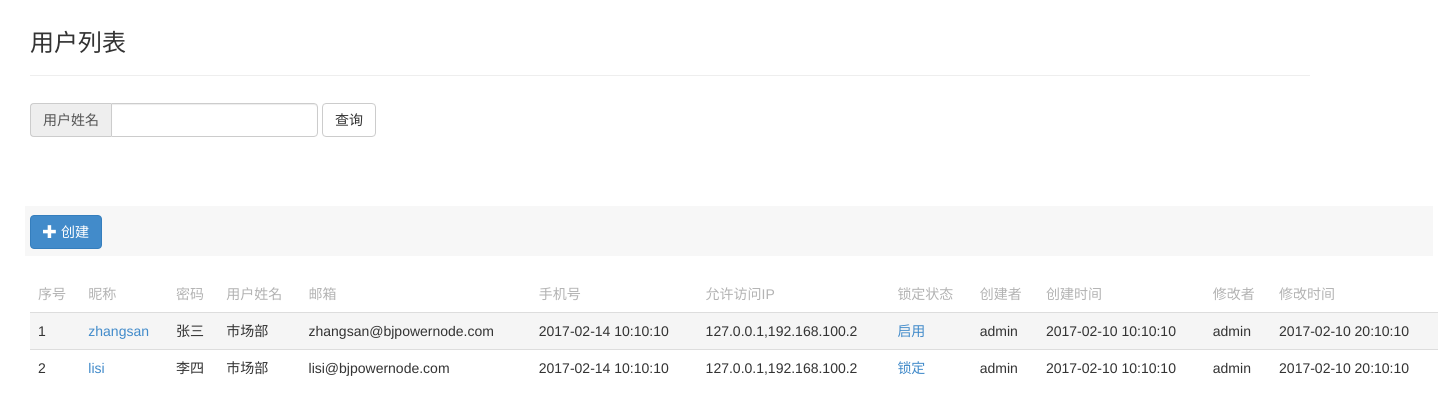
Repository: yangxshn/hsf
Page: hsf/user_consumer/src/main/webapp/index.html
An editor plug-in stored every save of this project. The page is shown before and after the next save, followed by the edit.
The browser window is 1280 px wide. The page is 1438 px wide, so the pictures cover 1438 px, including what lies to the right of the window. The pictures show the whole page.

Above is the page before, as saved 2017-09-29 06:49:15.

### hsf/user_consumer/src/main/webapp/index.html
<!DOCTYPE html>
<html>
<head>
<meta charset="UTF-8">
<link href="static/bootstrap_3.3.0/css/bootstrap.min.css" type="text/css" rel="stylesheet" />

<script type="text/javascript" src="static/jquery-1.11.1-min.js"></script>
<script type="text/javascript" src="static/bootstrap_3.3.0/js/bootstrap.min.js"></script>
</head>
<body>

	<!-- 创建用户的模态窗口 -->
	<div class="modal fade" id="createUserModal" role="dialog">
		<div class="modal-dialog" role="document" style="width: 90%;">
			<div class="modal-content">
				<div class="modal-header">
					<button type="button" class="close" data-dismiss="modal">
						<span aria-hidden="true">×</span>
					</button>
					<h4 class="modal-title" id="myModalLabel">新增用户</h4>
				</div>
				<div class="modal-body">

					<form class="form-horizontal" role="form">

						<div class="form-group">
							<label for="create-loginActNo" class="col-sm-2 control-label">登录帐号<span style="font-size: 15px; color: red;">*</span></label>
							<div class="col-sm-10" style="width: 300px;">
								<input type="text" class="form-control" id="create-loginActNo">
							</div>
							<label for="create-username" class="col-sm-2 control-label">用户姓名</label>
							<div class="col-sm-10" style="width: 300px;">
								<input type="text" class="form-control" id="create-username">
							</div>
						</div>
						<div class="form-group">
							<label for="create-loginPwd" class="col-sm-2 control-label">登录密码<span style="font-size: 15px; color: red;">*</span></label>
							<div class="col-sm-10" style="width: 300px;">
								<input type="password" class="form-control" id="create-loginPwd">
							</div>
							<label for="create-confirmPwd" class="col-sm-2 control-label">确认密码<span style="font-size: 15px; color: red;">*</span></label>
							<div class="col-sm-10" style="width: 300px;">
								<input type="password" class="form-control" id="create-confirmPwd">
							</div>
						</div>
						<div class="form-group">
							<label for="create-email" class="col-sm-2 control-label">邮箱</label>
							<div class="col-sm-10" style="width: 300px;">
								<input type="text" class="form-control" id="create-email">
							</div>
							<label for="create-expireTime" class="col-sm-2 control-label">失效时间</label>
							<div class="col-sm-10" style="width: 300px;">
								<input type="text" class="form-control" id="create-expireTime">
							</div>
						</div>
						<div class="form-group">
							<label for="create-lockStatus" class="col-sm-2 control-label">锁定状态</label>
							<div class="col-sm-10" style="width: 300px;">
								<select class="form-control" id="create-lockStatus">
								  <option></option>
								  <option>启用</option>
								  <option>锁定</option>
								</select>
							</div>
							<label for="create-org" class="col-sm-2 control-label">部门<span style="font-size: 15px; color: red;">*</span></label>
							<div class="col-sm-10" style="width: 300px;">
								<input type="text" class="form-control" id="create-org" placeholder="输入部门名称，自动补全">
							</div>
						</div>
						<div class="form-group">
							<label for="create-allowIps" class="col-sm-2 control-label">允许访问的IP</label>
							<div class="col-sm-10" style="width: 300px;">
								<input type="text" class="form-control" id="create-allowIps" style="width: 280%" placeholder="多个用逗号隔开">
							</div>
						</div>
					</form>
				</div>
				<div class="modal-footer">
				<button type="button" class="btn btn-primary" data-dismiss="modal">保存</button>
					<button type="button" class="btn btn-default" data-dismiss="modal">关闭</button>
				</div>
			</div>
		</div>
	</div>


	<div>
		<div style="position: relative; left: 30px; top: -10px;">
			<div class="page-header">
				<h3>用户列表</h3>
			</div>
		</div>
	</div>

	<div class="btn-toolbar" role="toolbar" style="position: relative; height: 80px; left: 30px; top: -10px;">
		<form class="form-inline" role="form" style="position: relative;top: 8%; left: 5px;">

		  <div class="form-group">
		    <div class="input-group">
		      <div class="input-group-addon">用户姓名</div>
		      <input class="form-control" type="text">
		    </div>
		  </div>

		  <button type="submit" class="btn btn-default">查询</button>

		</form>
	</div>


	<div class="btn-toolbar" role="toolbar" style="background-color: #F7F7F7; height: 50px; position: relative;left: 30px; width: 110%; top: 20px;">
		<div class="btn-group" style="position: relative; top: 18%;">
		  <button type="button" class="btn btn-primary" data-toggle="modal" data-target="#createUserModal"><span class="glyphicon glyphicon-plus"></span> 创建</button>
		</div>
	</div>

	<div style="position: relative; left: 30px; top: 40px; width: 110%">
		<table class="table table-hover">
			<thead>
				<tr style="color: #B3B3B3;">
					<td>序号</td>
					<td>昵称</td>
					<td>密码</td>
					<td>用户姓名</td>
					<td>邮箱</td>
					<td>手机号</td>
					<td>允许访问IP</td>
					<td>锁定状态</td>
					<td>创建者</td>
					<td>创建时间</td>
					<td>修改者</td>
					<td>修改时间</td>
				</tr>
			</thead>
			<tbody>
				<tr class="active">
					<td>1</td>
					<td><a  href="detail.html">zhangsan</a></td>
					<td>张三</td>
					<td>市场部</td>
					<td>zhangsan@bjpowernode.com</td>
					<td>2017-02-14 10:10:10</td>
					<td>127.0.0.1,192.168.100.2</td>
					<td><a href="javascript:void(0);" onclick="window.confirm('您确定要锁定该用户吗？');" style="text-decoration: none;">启用</a></td>
					<td>admin</td>
					<td>2017-02-10 10:10:10</td>
					<td>admin</td>
					<td>2017-02-10 20:10:10</td>
				</tr>
				<tr>
					<td>2</td>
					<td><a  href="detail.html">lisi</a></td>
					<td>李四</td>
					<td>市场部</td>
					<td>lisi@bjpowernode.com</td>
					<td>2017-02-14 10:10:10</td>
					<td>127.0.0.1,192.168.100.2</td>
					<td><a href="javascript:void(0);" onclick="window.confirm('您确定要启用该用户吗？');" style="text-decoration: none;">锁定</a></td>
					<td>admin</td>
					<td>2017-02-10 10:10:10</td>
					<td>admin</td>
					<td>2017-02-10 20:10:10</td>
				</tr>
			</tbody>
		</table>
	</div>

</body>
</html>

Loaded but not shown: hsf/user_consumer/src/main/webapp/static/bootstrap_3.3.0/css/bootstrap.min.css (library); hsf/user_consumer/src/main/webapp/static/jquery-1.11.1-min.js (library); hsf/user_consumer/src/main/webapp/static/bootstrap_3.3.0/js/bootstrap.min.js (library)

After the next save:
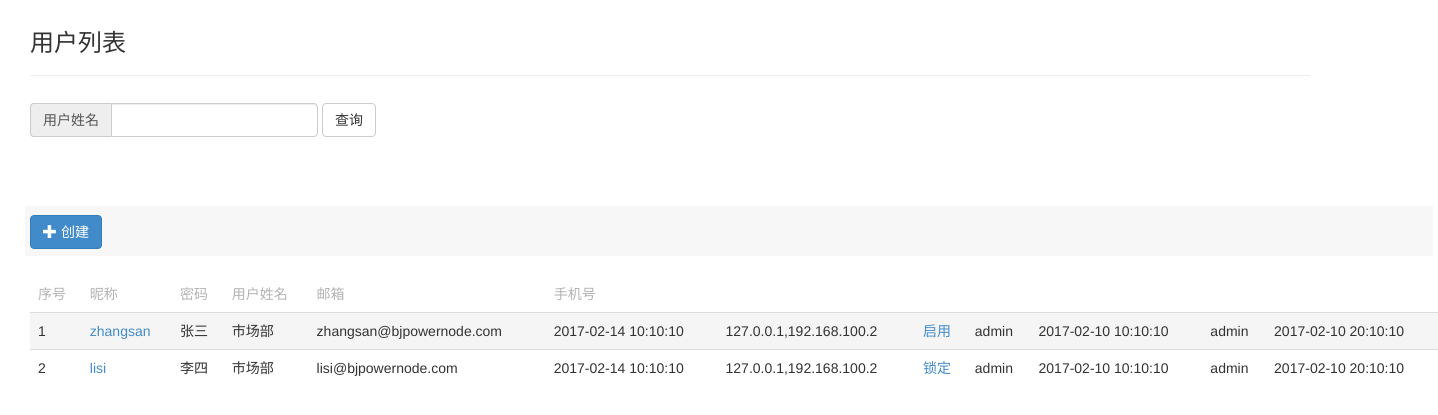
Saved 6 s later.
--- a/hsf/user_consumer/src/main/webapp/index.html
+++ b/hsf/user_consumer/src/main/webapp/index.html
@@ -124,12 +124,6 @@
 					<td>用户姓名</td>
 					<td>邮箱</td>
 					<td>手机号</td>
-					<td>允许访问IP</td>
-					<td>锁定状态</td>
-					<td>创建者</td>
-					<td>创建时间</td>
-					<td>修改者</td>
-					<td>修改时间</td>
 				</tr>
 			</thead>
 			<tbody>
